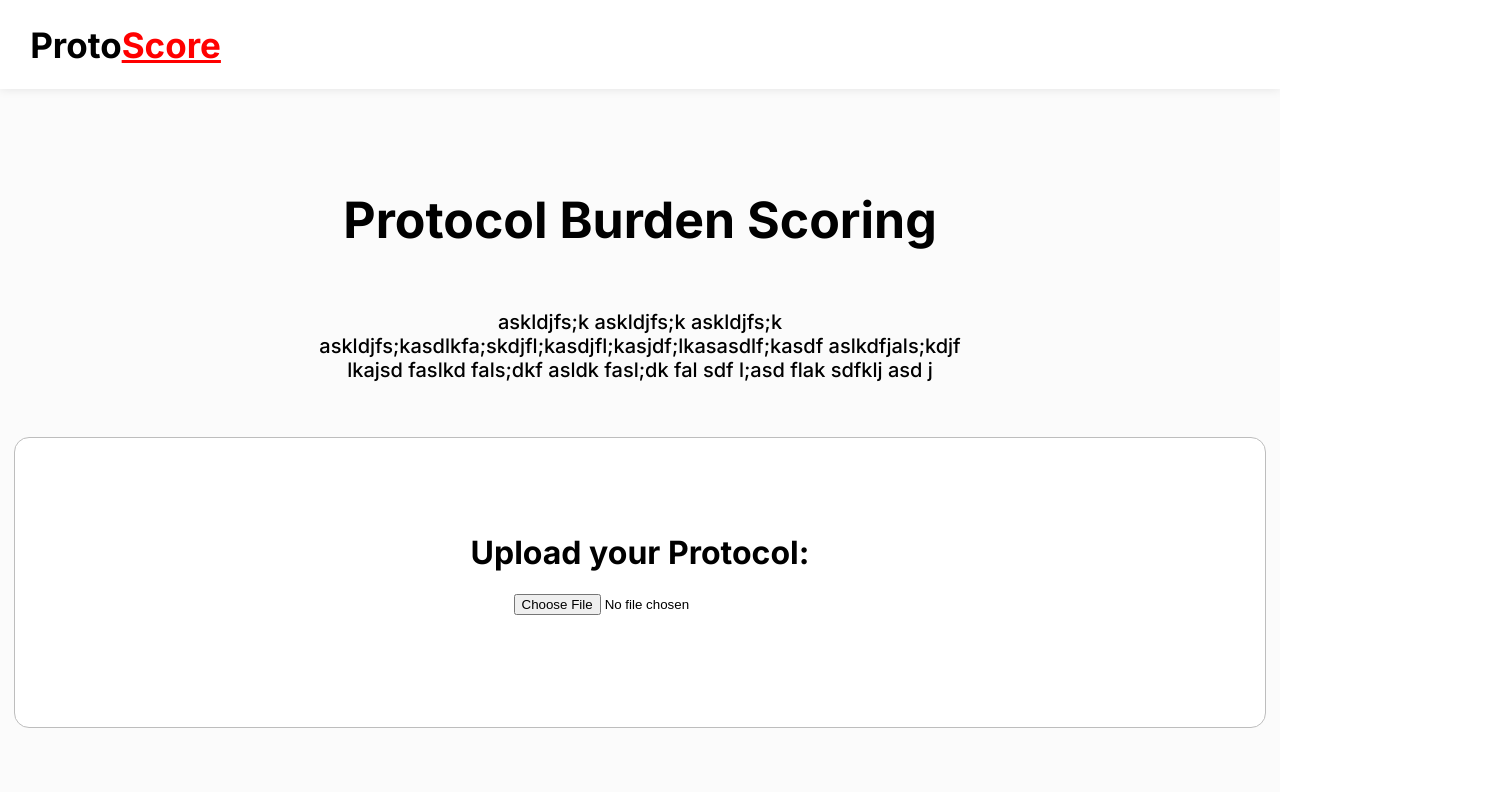
Repository: evanc108/Regeneron2024
Page: / (app in regeneron/)
An editor plug-in stored every save of this project. The page is shown before and after the next save, followed by the edit.
The browser window is 1280 px wide. The page is 1280 px wide, then 1491 px, so the pictures cover 1491 px, including what lies to the right of the window. The pictures show the whole page.
The project was rebuilt for these pictures with package versions that can differ from the ones it lists, and the page was loaded fresh each time.

Above is the page before, as saved 2024-05-14 02:27:08.

### regeneron/src/App.js
import './App.css';
import React, { useState } from 'react';
import Feedback from './pages/Feedback';


function App() {
  return (
    <div className="App">
      <div style={{backgroundColor: "white", width: "100%", padding: "0.2px", boxShadow: "0px 0px 10px rgba(0, 0, 0, 0.1)"}}>
        <h1 style={{ marginLeft: "30px", fontSize: "35px", textAlign: "left"}}>
          <span style={{color: "black"}}>Proto</span>
          <span style={{color: "red", textDecoration: "underline"}}>Score</span>
        </h1>
      </div>


      {/* <input value={inputValue} onChange={handleChange}></input>
      <button onClick={sendRequest}>Click me</button>
      <div>
        <p>Physical Burden: {burden.physical}</p>
        <p>Logistical Burden: {burden.logistical}</p>
        <p>Financial: {burden.financial}</p>
        <p>Psychological Burden: {burden.psychological}</p>
      </div> */}
      <Feedback></Feedback>
    </div>
  );
}

export default App;

### regeneron/src/App.css
.App {
  text-align: center;
  background-color: #fbfbfb;
  margin: 0;
  height: 110vh;
}

body {
  font-family: 'Inter', sans-serif;
  margin: 0;
  padding: 0;
  height: 110vh;
}

.App-logo {
  height: 40vmin;
  pointer-events: none;
}

@media (prefers-reduced-motion: no-preference) {
  .App-logo {
    animation: App-logo-spin infinite 20s linear;
  }
}

.App-header {
  background-color: #282c34;
  min-height: 100vh;
  display: flex;
  flex-direction: column;
  align-items: center;
  justify-content: center;
  font-size: calc(10px + 2vmin);
  color: white;
}

.App-link {
  color: #61dafb;
}

@keyframes App-logo-spin {
  from {
    transform: rotate(0deg);
  }
  to {
    transform: rotate(360deg);
  }
}

### regeneron/src/pages/Feedback.js
import React, { useState } from 'react';
import '../styles/feedback.css';
import { handleExtraction } from '../openAIServices';
import { PropagateLoader } from 'react-spinners';

function Feedback() {
    const [fileUploaded, setFileUploaded] = useState(false);
    const [loading, setLoading] = useState(false);
    const [burden, setBurden] = useState({});
    const [pdfUrl, setPdfUrl] = useState("");

    const handleFileUpload = async (text) => {
        setLoading(true);
        // Uncomment and use when API is connected
        // const response = await handleExtraction(text);
        // setBurden(response);
        setFileUploaded(true);
        setLoading(false);
    };

    function extractText(event) {
        const file = event.target.files[0];
        if (file) {
            const url = URL.createObjectURL(file);
            setPdfUrl(url);
            setFileUploaded(true);

            const reader = new FileReader();
            reader.onload = async (e) => {
                const text = await reader.result;
                console.log(text);
                handleFileUpload(text);
            };
            reader.readAsText(file);
        }
    }

    return (
        <div className="feedback-container">
            {!fileUploaded && (
                <div style={{display:"flex", flexDirection:"column", justifyContent:"center", alignItems:"center", marginTop:"5%"}}>
                    <div className="onboarding">
                        <h1 style={{fontSize:"50px", marginBottom:"40px"}}>Protocol Burden Scoring</h1>
                        <p style={{textOverflow: "ellipsis", whiteSpace: "normal", maxWidth: "700px"}}>
                            askldjfs;k askldjfs;k askldjfs;k askldjfs;kasdlkfa;skdjfl;kasdjfl;kasjdf;lkasasdlf;kasdf aslkdfjals;kdjf lkajsd faslkd fals;dkf asldk fasl;dk fal sdf l;asd flak sdfklj asd j</p>
                    </div>
                    <div className='upload-file'>
                        {!fileUploaded && !loading && (
                            <div>
                                <h1>Upload your Protocol:</h1>
                                <input
                                    type="file"
                                    accept=".pdf"
                                    onChange={extractText}
                                />
                            </div>
                        )}
                        {loading && (
                            <div style={{ marginTop: "30px" }}>
                                <h2>Calculating Burden...</h2>
                                <PropagateLoader color="#36d7b7" />
                            </div>
                        )}
                    </div>
                </div>
            )}

            {fileUploaded && !loading && (
                <div className="protocol-container">
                    <div className="iframe-container">
                        <iframe src={pdfUrl} style={{ width: '100%', height: '100%' }}></iframe>
                    </div>
                </div>
            )}
            {fileUploaded && !loading && (
                <div className="score-container">
                    <div>
                        <p style={{ fontSize: '17px', fontWeight: '300', marginBottom: '-3px' }}>Burden Score</p>
                        <span style={{ fontSize: '50px', fontWeight: '600' }}>{burden.score || 'N/A'}</span>
                    </div>
                </div>
            )}
        </div>
    );
}

export default Feedback;

### regeneron/src/styles/feedback.css
.feedback-container {
    display: flex;
    flex-direction: row;
    justify-content: center;
    margin-top: -2.5%;
}

.onboarding {
    font-size: 20px;
    font-weight: 500;
    margin-top: 5%;
    display: flex;
    flex-direction: column;
    justify-content: center;
    align-items: center;
}

.upload-file {
    border-color: rgb(189, 189, 189);
    border-width: 1px;
    border-style: solid;
    padding-left: 100px;
    padding-right: 100px;
    width: 150%;
    height: 30vh;
    margin-top: 5%;
    border-radius: 15px;
    background-color: white;
    overflow: hidden;
    padding-top: 10.5%;
}

.protocol-container {
    border-color: rgb(189, 189, 189);
    border-width: 1px;
    border-style: solid;
    padding-left: 100px;
    padding-right: 100px;
    width: 40%;
    height: 68vh;
    margin-top: 5%;
    border-radius: 15px;
    background-color: white;
    overflow: hidden;
    padding-top: 10.5%;
}

.score-container {
    border-color: rgb(189, 189, 189);
    border-width: 1px;
    border-style: solid;
    padding: 100px;
    width: 10%;
    height: 65.3vh;
    margin-top: 5%;
    border-radius: 15px;
    background-color: white;
    margin-left: 30px;
}

.score {
    font-size: large;
}

.unique-score {
    font-size: 86px;
    font-weight: 500;
}


.iframe-container {
    top: -28%;
    width: 130%;
    left: -15%;
    height: 150%;  /* Adjust height as needed */
    overflow: hidden;
    position: relative;
}

Loaded but not shown: regeneron/public/index.html (common file); regeneron/src/index.js (common file); regeneron/src/openAIServices.js (no copy from this time; the picture is the same without it)

After the next save:
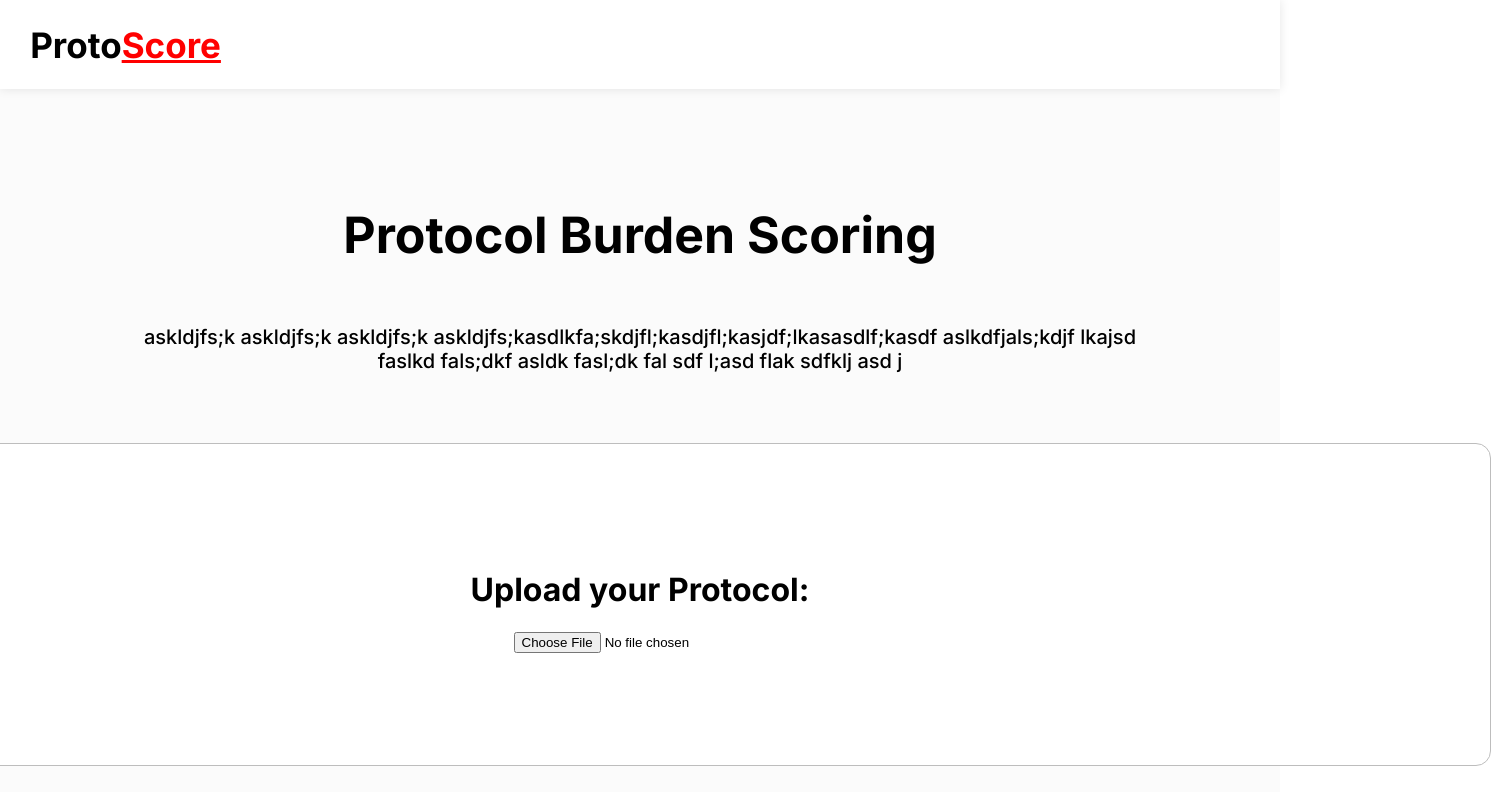
Saved 12 s later.
--- a/regeneron/src/pages/Feedback.js
+++ b/regeneron/src/pages/Feedback.js
@@ -41,7 +41,7 @@ function Feedback() {
                 <div style={{display:"flex", flexDirection:"column", justifyContent:"center", alignItems:"center", marginTop:"5%"}}>
                     <div className="onboarding">
                         <h1 style={{fontSize:"50px", marginBottom:"40px"}}>Protocol Burden Scoring</h1>
-                        <p style={{textOverflow: "ellipsis", whiteSpace: "normal", maxWidth: "700px"}}>
+                        <p style={{textOverflow: "ellipsis", whiteSpace: "normal", maxWidth: "1000px"}}>
                             askldjfs;k askldjfs;k askldjfs;k askldjfs;kasdlkfa;skdjfl;kasdjfl;kasjdf;lkasasdlf;kasdf aslkdfjals;kdjf lkajsd faslkd fals;dkf asldk fasl;dk fal sdf l;asd flak sdfklj asd j</p>
                     </div>
                     <div className='upload-file'>
